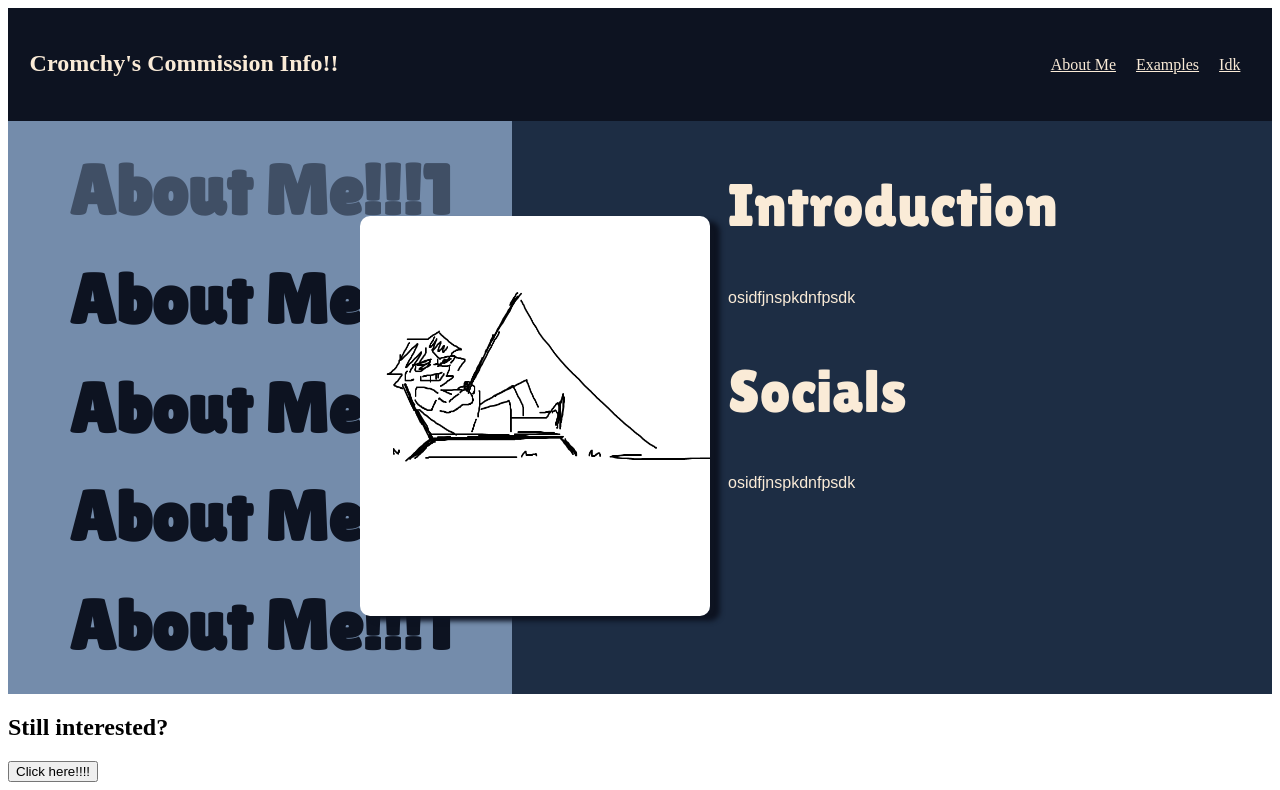
Repository: crackaLack1n/Cromchys_Commission_Site
Page: /
The author's editor kept a copy of each file at every save. The page is drawn from the files as they stood at one save, then again after the next save.
The browser window is 1280 px wide. The pictures show the whole page.
The project was rebuilt for these pictures with package versions that can differ from the ones it lists, and the page was loaded fresh each time. The framework's server and built-in components were replaced by stand-ins that run in the browser. Also part of the build but not shown: next.config.mjs.

Above is the page before, as saved 2024-06-11 15:23:50.

### pages/_app.js
import "@/styles/globals.css";
import { Lilita_One } from "next/font/google";


const lilita_One = Lilita_One({ weight: '400', subsets: ["latin"] });

export default function App({ Component, pageProps }) {
  return <Component {...pageProps} />;
}

### pages/index.js
import Head from "next/head";
import Header from "@/Components/Header";
import Image from "next/image";
import styles from "@/styles/Home.module.css";
import Footer from "@/Components/Footer";
import { Lilita_One } from "next/font/google";


const lilita_One = Lilita_One({ weight: '400', subsets: ["latin"] });



export default function Home() {
  return (
    <>
      <Head>
        <title>Cromchy's Commission</title>
        <meta name="description" content="Generated by create next app" />
        <meta name="viewport" content="width=device-width, initial-scale=1" />
        <link rel="icon" href="/favicon.ico" />
      </Head>

      <Header />

      <main className={`${styles.main}`}>
      <div >
          <Image src={'/images/banner2.png'} height={400} width={350} className={styles.image}></Image>
        </div>
        <div className={styles.mainContainer}>
          <div className={styles.containerLeft}>
            <div className={`${styles.contentLeft} ${lilita_One.className}`}>
              <p style={{opacity: '0.5'}}>About Me!!!1</p>
              <p>About Me!!!1</p>
              <p>About Me!!!1</p>
              <p>About Me!!!1</p>
              <p>About Me!!!1</p>
            </div>
          </div>
          <div className={styles.containerRight}>
            <div className={styles.contentRight}>
              <h2 className={`${styles.heading} ${lilita_One.className}`}>Introduction</h2>
              <p>osidfjnspkdnfpsdk</p>
              <h2  className={`${styles.heading} ${lilita_One.className}`}>Socials</h2>
              <p>osidfjnspkdnfpsdk</p>
            </div>
          </div>
        </div>
      </main>
      <Footer />
    </>
  );
}

### Components/Header/index.js
import Link from "next/link"
import style from './header.module.css';
export default function Header() {
  return (
    <>
      <div className={style.main}>
        <h2>Cromchy's Commission Info!!</h2>
        <nav className={style.nav}>
          <ul className={style.buttons}>
            <li><Link href={`/`}>About Me</Link></li>
            <li><Link href={`/Examples`}>Examples</Link></li>
            <li><Link href={`/Idk`}>Idk</Link></li>
          </ul>
        </nav>
      </div>
    </>
  )
}

### styles/Home.module.css
.main {
  display: flex;
  min-height: 20vh;
  background-color: #748CAB;
}

.mainContainer {
  position: relative;
 display: grid;
 grid-template-columns:  1fr 3fr;
 height: auto;

}

.containerLeft {
  display: flex;
  width: 70vh;
  justify-content: center;
}

.contentLeft p {
  font-size: 70px;
  font-weight: 600;
  margin: 4vh;
  color: #0D1321;
}
.containerRight {
  display: flex;
  padding-left: 30vh;
  background-color: #1D2D44;
  width: auto;
  color: antiquewhite;
  font-family: sans-serif;
}

.heading {
  font-size: 60px;
}
.image {
  z-index: 1;
  top: 30vh;
  left: 50vh;
  position: absolute;
  border-radius: 10px;
  box-shadow: #0D1321 10px 5px 5px ;
}
/* Mobile */
@media (max-width: 700px) {

}

/* Tablet and Smaller Desktop */
@media (min-width: 701px) and (max-width: 1120px) {

}

### Components/Footer/index.js
export default function Footer() {
  return(
    <>
    <footer>
      <h2>Still interested?</h2>
      <button>Click here!!!!</button>
    </footer>
    </>
  )
}

### Components/Header/header.module.css
.main {
  display: flex;
  justify-content: space-between;
  padding: 3vh;
  background-color: #0D1321;
  color: antiquewhite;
}


.nav {
justify-content: end;

}

.buttons {
  display: flex;

}

.buttons li {
  padding: 10px;
  list-style-type: none;
  color: antiquewhite;
}

.buttons a {
  color: antiquewhite;
}

Loaded but not shown: pages/_document.js (common file); styles/globals.css (common file)

After the next save:
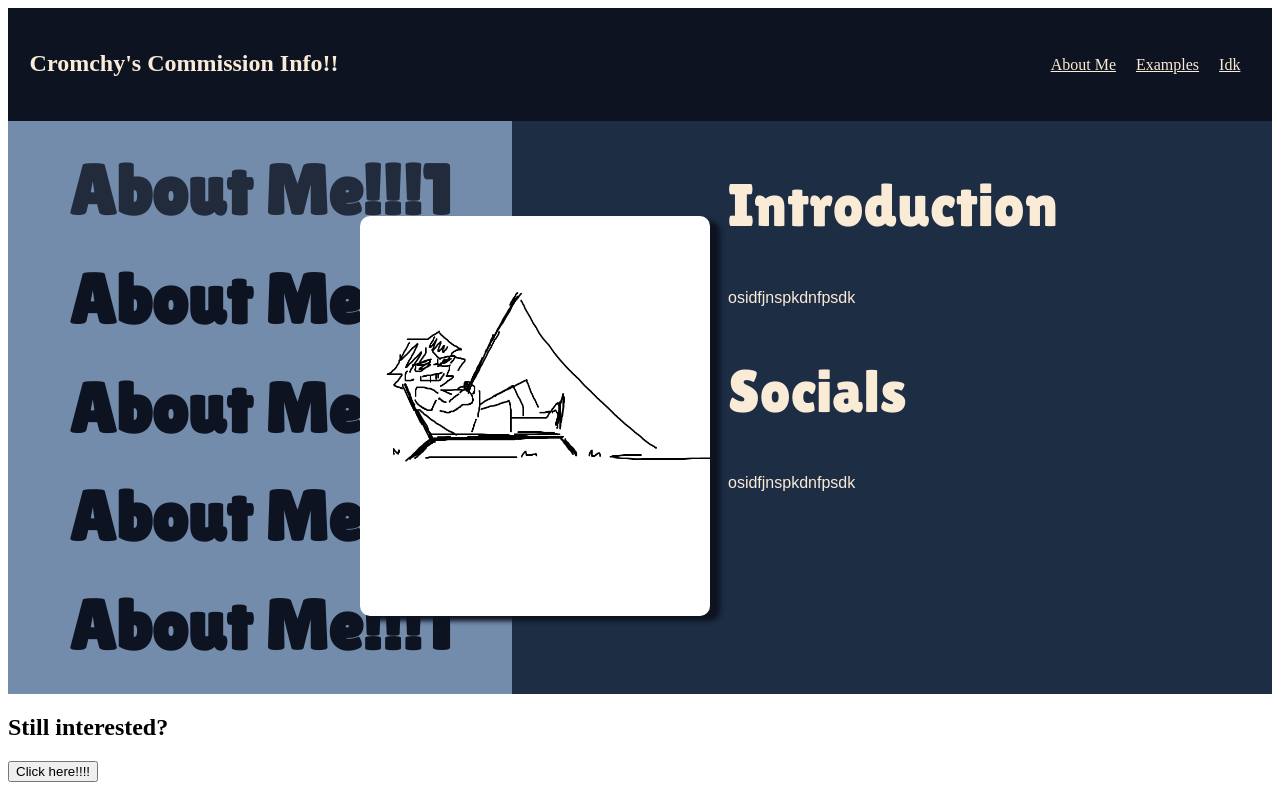
Saved 8 s later.
--- a/pages/index.js
+++ b/pages/index.js
@@ -29,7 +29,7 @@ export default function Home() {
         <div className={styles.mainContainer}>
           <div className={styles.containerLeft}>
             <div className={`${styles.contentLeft} ${lilita_One.className}`}>
-              <p style={{opacity: '0.5'}}>About Me!!!1</p>
+              <p style={{opacity: '0.8'}}>About Me!!!1</p>
               <p>About Me!!!1</p>
               <p>About Me!!!1</p>
               <p>About Me!!!1</p>
